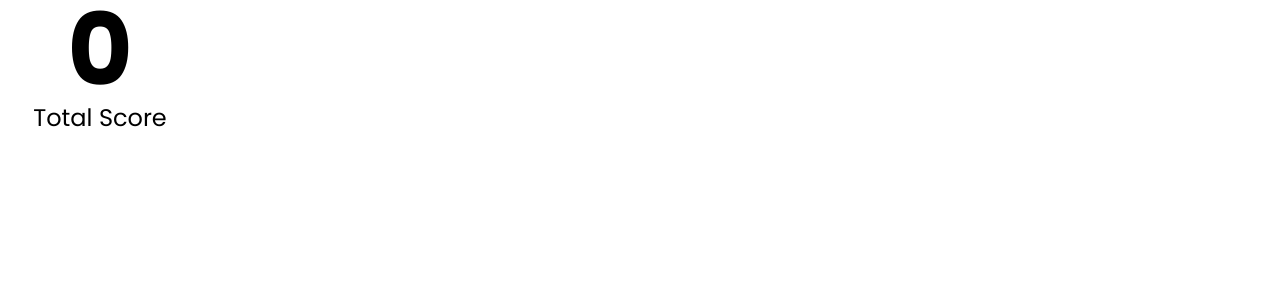
Repository: Wahid137/react-project-three
Page: /, after clicking the first element matching `button.sc-bRKDuR`
These files come from the project's save history. The page is drawn as it stood at one moment and after the next save; the edit follows.
The browser window is 1280 px wide. The pictures show the whole page.
The project was rebuilt for these pictures with package versions that can differ from the ones it lists, and the page was loaded fresh each time. Also part of the build but not shown: vite.config.js.

Above is the page before, as saved 2023-08-26 13:16:01.

### index.html
<!doctype html>
<html lang="en">
  <head>
    <meta charset="UTF-8" />
    <link rel="icon" type="image/svg+xml" href="/vite.svg" />
    <meta name="viewport" content="width=device-width, initial-scale=1.0" />
    <title>Dice Games</title>
  </head>
  <body>
    <div id="root"></div>
    <script type="module" src="/src/main.jsx"></script>
  </body>
</html>

### src/components/StartGame.jsx
import styled from "styled-components";
import dices from "../../public/images/dice/dices.png";
import { Button } from "../styled/Button";
const StartGame = ({ toggle }) => {
  return (
    <Container>
      <div>
        <img src={dices} alt="" />
      </div>
      <div className="content">
        <h1>Dice Game</h1>
        <div className="btn">
          <Button onClick={toggle}>Play Now</Button>
        </div>
      </div>
    </Container>
  );
};

export default StartGame;

const Container = styled.div`
  max-width: 1180px;
  height: 100vh;
  display: flex;
  margin: 0 auto;
  align-items: center;
  .content {
    h1 {
      font-size: 96px;
      white-space: nowrap;
    }
    .btn {
      text-align: end;
    }
  }
`;

### src/components/GamePlay.jsx
import { styled } from "styled-components";
import TotalScore from "./TotalScore";

const GamePlay = () => {
  return (
    <MainContainer>
      <div className="top-section">
        <TotalScore />
      </div>
    </MainContainer>
  );
};

export default GamePlay;

const MainContainer = styled.div``;

### src/styled/Button.js



import styled from "styled-components";

export const Button = styled.button`
  color: white;
  padding: 10px 18px;
  background: #000000;
  border-radius: 5px;
  min-width: 220px;
  border: none;
  font-size: 16px;
  border: 1px solid transparent;
  cursor: pointer;
  transition: 0.3s ease-in;
  &:hover {
    background-color: white;
    border: 1px solid black;
    color: black;
    transition: 0.4s ease-in;
  }
`;
export const OutlineButton = styled(Button)`
  background-color: white;
  border: 1px solid black;
  color: black;
  &:hover {
    background-color: black;
    border: 1px solid transparent;
    color: white;
  }
`;

### src/components/TotalScore.jsx
import { styled } from "styled-components";

const TotalScore = () => {
  return (
    <ScoreContainer>
      <h1>0</h1>
      <p>Total Score</p>
    </ScoreContainer>
  );
};

export default TotalScore;

const ScoreContainer = styled.div`
  max-width: 200px;
  text-align: center;
  h1 {
    font-size: 100px;
    line-height: 100px;
  }
  p {
    font-size: 24px;
    font-weight: 500px;
  }
`;

### src/components/NumberSelector.jsx
import { styled } from "styled-components";

const NumberSelector = ({
  setError,
  error,
  selectedNumber,
  setSelectedNumber,
}) => {
  const arrNumber = [1, 2, 3, 4, 5, 6];

  const numberSelectorHandler = (value) => {
    setSelectedNumber(value);
  };

  return (
    <NumberSelectorContainer>
      <p className="error">{error}</p>
      <div className="flex">
        {arrNumber.map((value, i) => (
          <Box
            key={i}
            isSelected={value === selectedNumber}
            onClick={() => numberSelectorHandler(value)}
          >
            {value}
          </Box>
        ))}
      </div>
    </NumberSelectorContainer>
  );
};

export default NumberSelector;

const NumberSelectorContainer = styled.div`
  display: flex;
  flex-direction: column;
  align-items: end;
  .flex {
    display: flex;
    gap: 24px;
  }
  p {
    font-size: 24px;
    font-weight: 700px;
  }
  .error {
    color: red;
  }
`;

const Box = styled.div`
  height: 72px;
  width: 72px;
  border: 1px solid black;
  display: grid;
  place-items: center;
  font-size: 24px;
  font-weight: 700;
  background-color: ${(props) => (props.isSelected ? "black" : "white")};
  color: ${(props) => (!props.isSelected ? "black" : "white")};
`;

Loaded but not shown: src/main.jsx (common file); src/App.jsx (common file); src/index.css (common file)

After the next save:
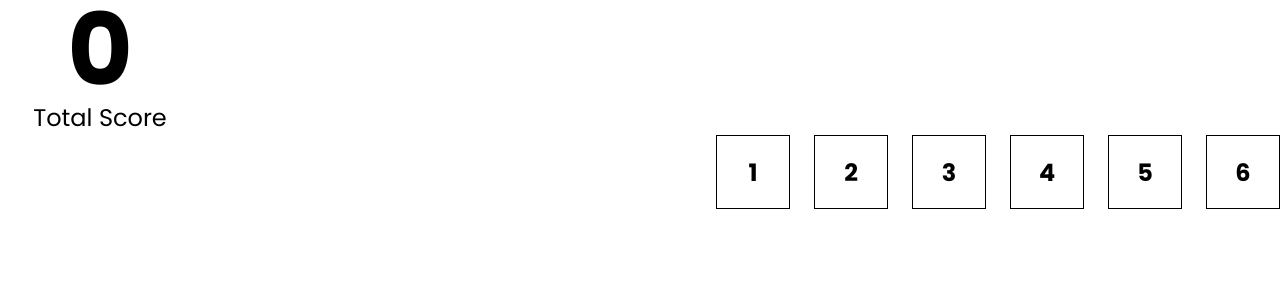
Saved 9 min 47 s later.
--- a/src/components/GamePlay.jsx
+++ b/src/components/GamePlay.jsx
@@ -1,11 +1,13 @@
 import { styled } from "styled-components";
 import TotalScore from "./TotalScore";
+import NumberSelector from "./NumberSelector";
 
 const GamePlay = () => {
   return (
     <MainContainer>
       <div className="top-section">
         <TotalScore />
+        <NumberSelector />
       </div>
     </MainContainer>
   );
